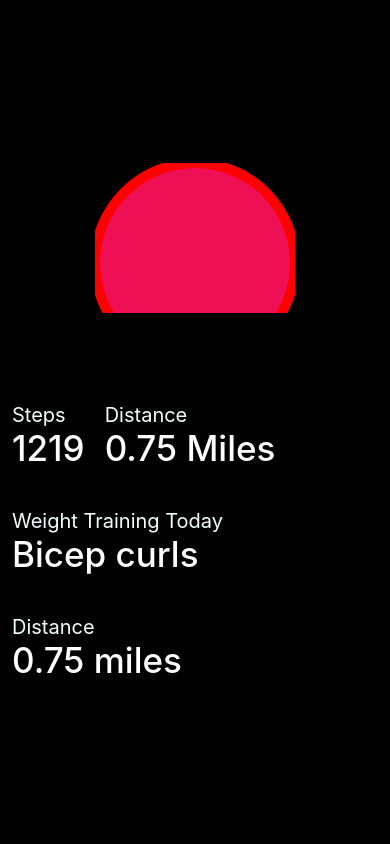
Repository: JamesPesenti/JiMTracker
Screen: /
These files come from the project's save history. The screen is drawn as it stood at one moment and after the next save; the edit follows.
The app was drawn by React Native's web renderer in a window 390 px wide. The project was rebuilt for these pictures with package versions that can differ from the ones it lists, and the page was loaded fresh each time.

Above is the screen before, as saved 2023-06-16 14:23:38.

### App.tsx
import { StatusBar } from 'expo-status-bar';
import { StyleSheet, Text, View } from 'react-native';
import Value from "./src/components/Value"
import RingProgress from './src/components/RingProgress';



export default function App() {
  return (
    <View style={styles.container}>
       <RingProgress />
       <View style={{flexDirection: "row", gap: 20}}>
          <Value label="Steps" value="1219" />
          <Value label="Distance" value="0.75 Miles" />
       </View>
          {/* Training */}
           <View>
              <Text style={styles.label}>Weight Training Today</Text>
              <Text style={styles.amount}>Bicep curls</Text>
           </View>

        <View style={{flexDirection: 'row'}}>
          {/* new */}
          <View>
              <Text style={styles.label}>Distance</Text>
              <Text style={styles.amount}>0.75 miles</Text>
          </View>
        </View>
      <StatusBar style="auto" />
    </View>
  );
}

const styles = StyleSheet.create({
  container: {
    flex: 1,
    backgroundColor: 'black',
    justifyContent: 'center',
    padding: 12,
    marginHorizontal: 0,
    gap: 40,
  },
  label: {
    color: "azure",
    fontSize: 20,
  },
  amount: {
    color: "white",
    fontSize: 35,
    fontWeight: "500"
  }
});

### src/components/Value.tsx
import { StyleSheet, Text, View } from 'react-native';

type ValueProps = {
  label: string;
  value: string;
}

const Value = ({ label, value }: ValueProps) => {
  return (
    <>
     <View>
      <Text style={styles.label}>{label}</Text>
      <Text style={styles.amount}>{value}</Text>
     </View>
    </>
  )
}

export default Value

const styles = StyleSheet.create({
   label: {
      color: "azure",
      fontSize: 20,
    },
    amount: {
      color: "white",
      fontSize: 35,
      fontWeight: "500"
    }
})

### src/components/RingProgress.tsx
import { StyleSheet, Text, View } from 'react-native'
import SVG, { Circle } from 'react-native-svg'

type RingProgressProps = {
   radius?: number;

}

const color = "#EE0F55"

const RingProgress = ({radius = 100}: RingProgressProps) => {
  return (
    <View style={{ width: radius * 2, height: radius * 2, alignSelf: "center"}}>
      <SVG>
         <Circle
            cx={radius}
            cy={radius}
            r={radius}
            fill={color}
            strokeWidth={10}
            stroke={"red"}
         />
      </SVG>
    </View>
  )
}

export default RingProgress

const styles = StyleSheet.create({})

After the next save:
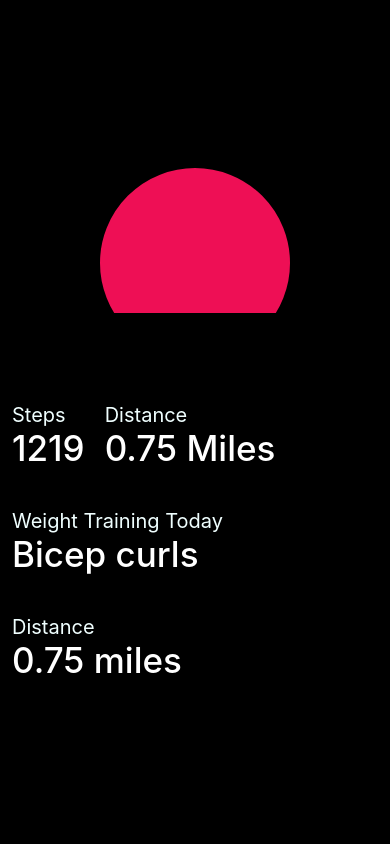
Saved 5 s later.
--- a/src/components/RingProgress.tsx
+++ b/src/components/RingProgress.tsx
@@ -18,7 +18,7 @@ const RingProgress = ({radius = 100}: RingProgressProps) => {
             r={radius}
             fill={color}
             strokeWidth={10}
-            stroke={"red"}
+            stroke={"black"}
          />
       </SVG>
     </View>
